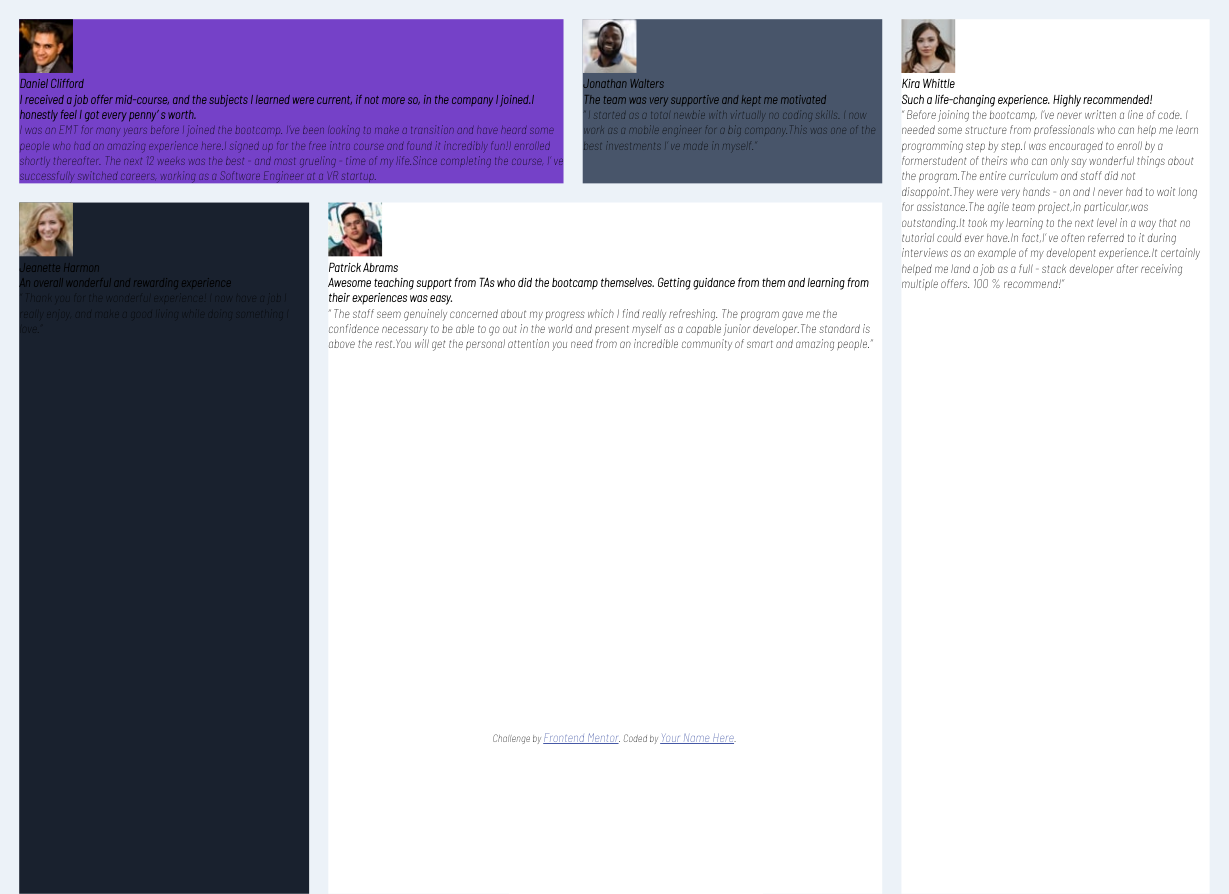
Repository: ibtihelbs/testimonials-grid-section-main
Page: index.html
The author's editor kept a copy of each file at every save. The page is drawn from the files as they stood at one save, then again after a run of saves.
The browser window is 1280 px wide. The pictures show the whole page, at 96% of full size.

Above is the page before, as saved 2022-04-13 16:35:59.

After the next 2 saves:
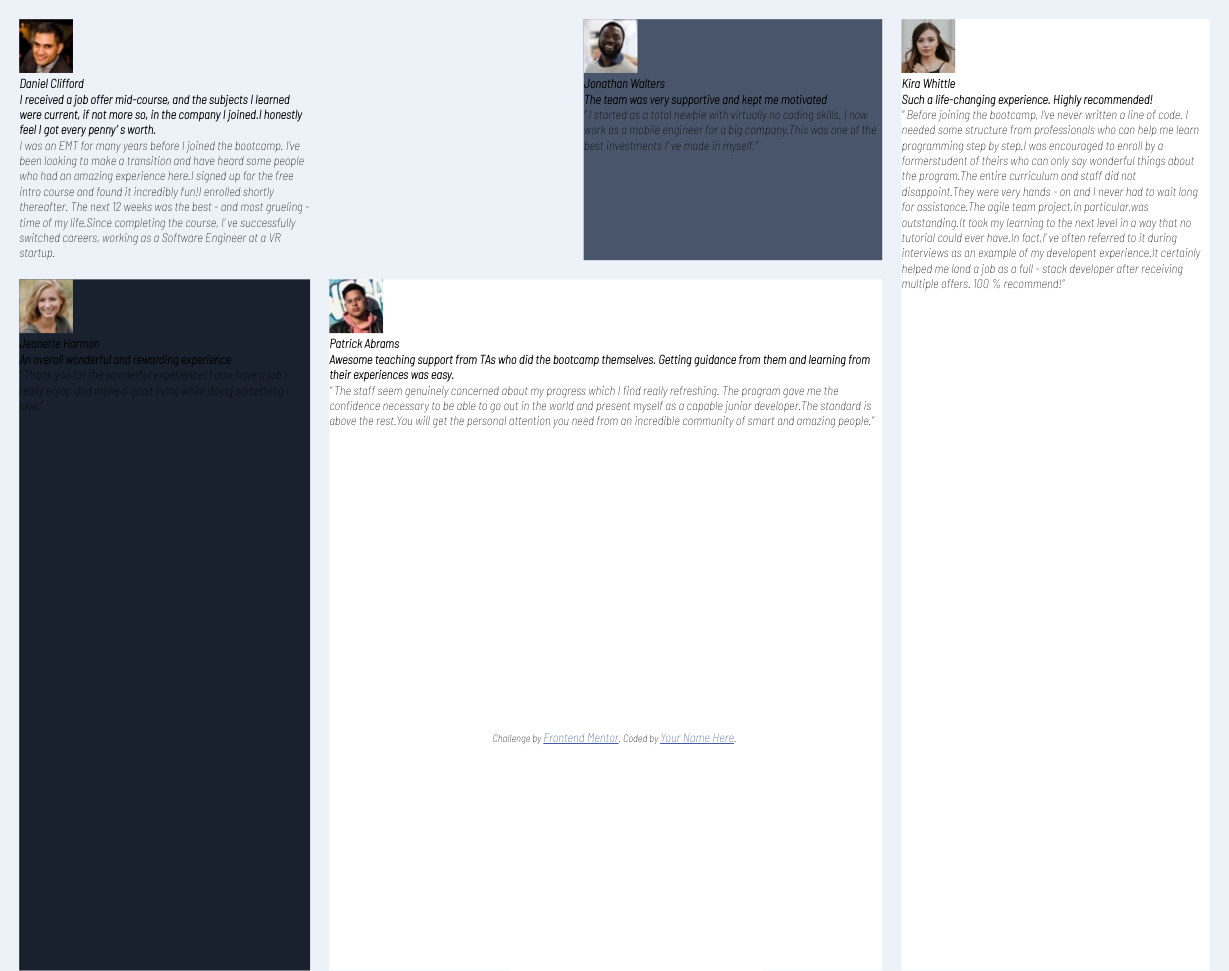
The 2 saves are shown as one change because they came seconds apart.
The last was saved 46 s later.
--- a/style.css
+++ b/style.css
@@ -31,7 +31,7 @@
   gap: 20px;
   margin: 20px;
 }
-
+.testmonial
 section:nth-child(1) {
   grid-area: first;
   background-color: var(--Moderate-violet);

After the 2 saves that followed:
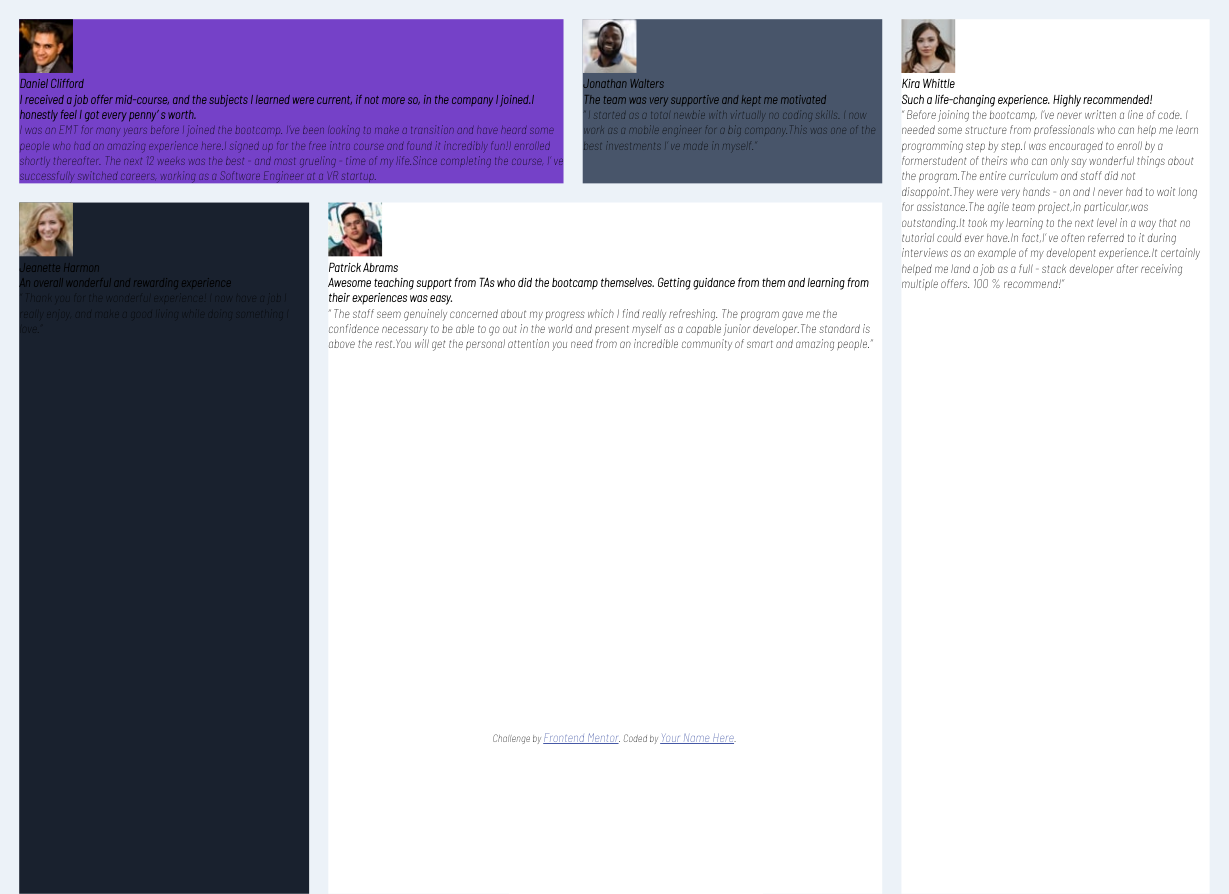
The 2 saves are shown as one change because they came seconds apart.
The last was saved 6 s later.
--- a/style.css
+++ b/style.css
@@ -31,7 +31,9 @@
   gap: 20px;
   margin: 20px;
 }
-.testmonial
+.testimonial{
+
+}
 section:nth-child(1) {
   grid-area: first;
   background-color: var(--Moderate-violet);
